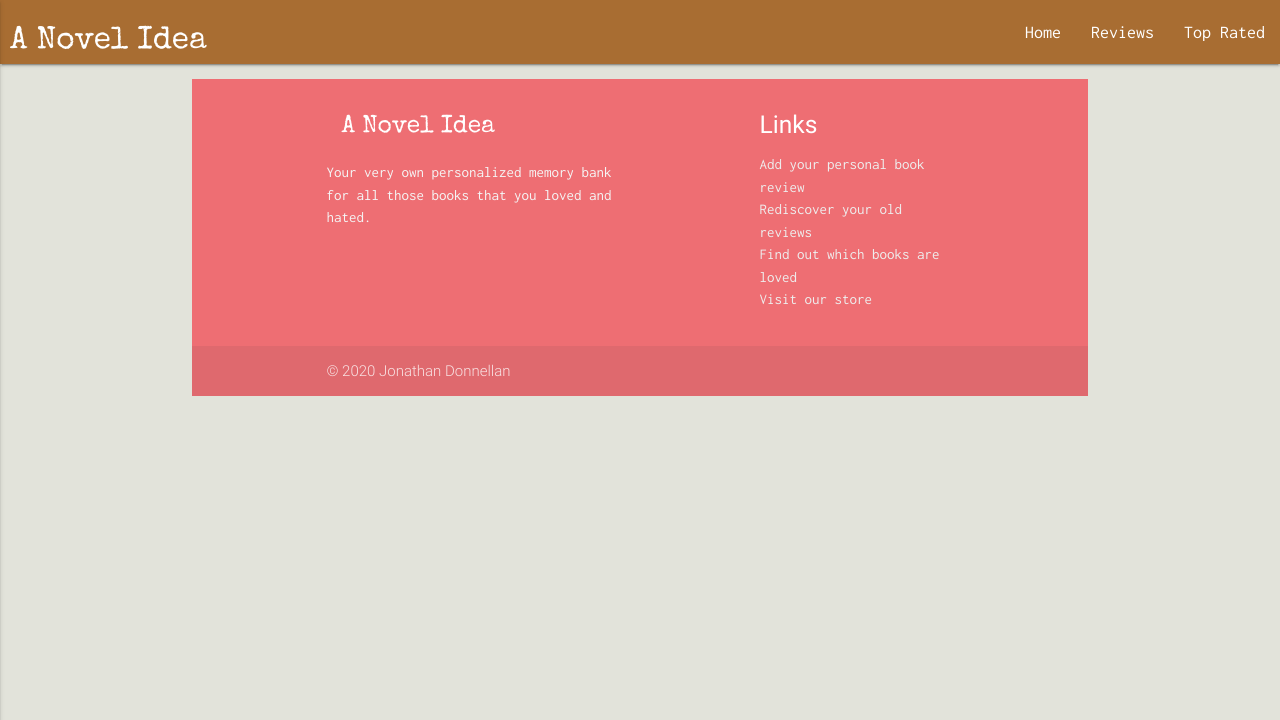
Repository: johnny-don/a-novel-idea
Page: http://localhost/top_rated
The author's editor kept a record of every edit. The page is drawn from the files as they stood at one moment, then again after a run of edits.
The browser window is 1280 px wide. The pictures show the whole page.
Some web libraries are served in a nearby version. The page is served by the project's application, run on Flask 3 (app.py). Queries for data that is not in the repository find no rows.

Above is the page before.

After the next 3 edits:
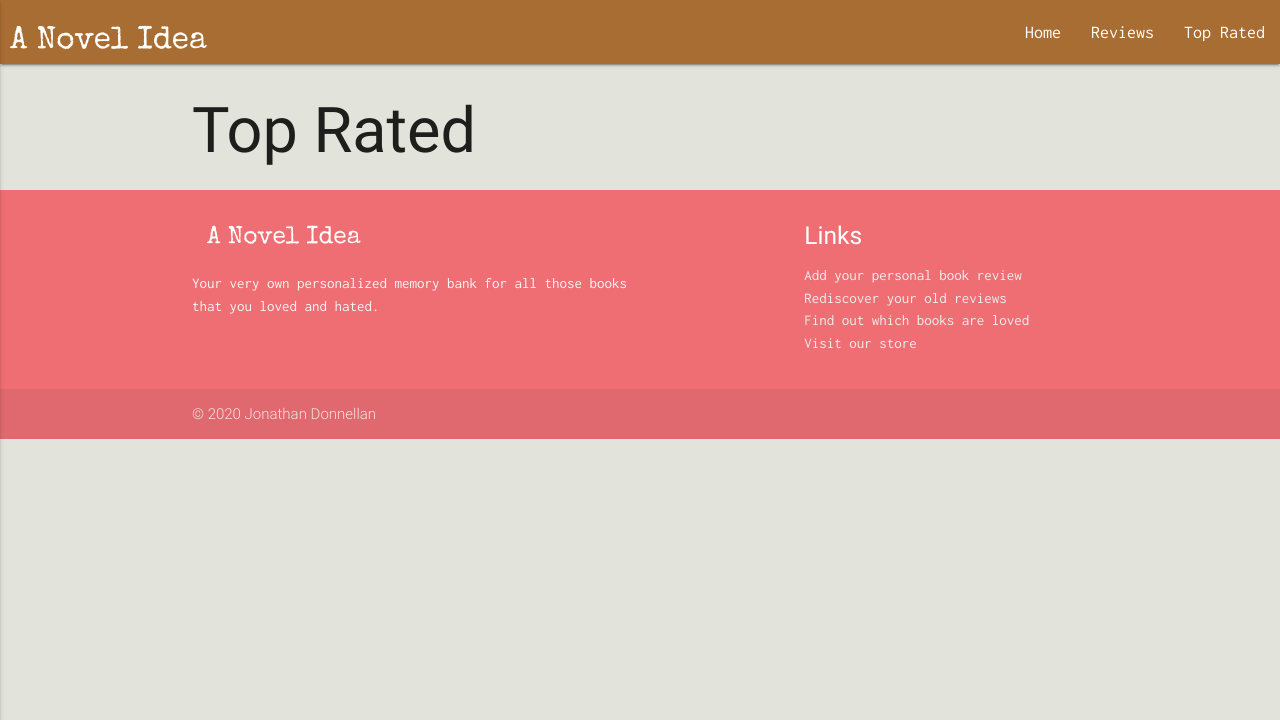
The 3 edits are shown as one change because 2 did not build or start.
The edit:
--- a/templates/toprated.html
+++ b/templates/toprated.html
@@ -1,6 +1,7 @@
 {% extends 'base.html' %} {% block content %}
 
 <div class="container">
+    <h1>Top Rated</h1>
 <ul>
     {% for rating in ratings %}
 
@@ -18,6 +19,9 @@
     {% endfor %}
 
 </ul>
+</div>
+
+
 
 
 
